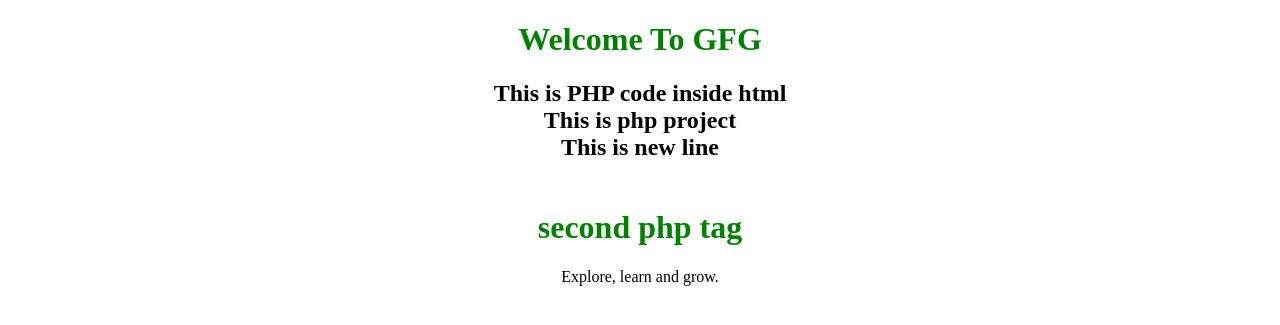
Repository: GreeshmaJames/phpprojectgh
Page: http://localhost/example1.php
An editor plug-in stored every save of this project. The page is shown before and after the next save, followed by the edit.
The browser window is 1280 px wide. The pictures show the whole page.
The page is run by PHP 8.4 with error messages shown; the project is at /var/www/html/.

Above is the page before, as saved 2022-12-14 11:11:56.

### example1.php
<!DOCTYPE html>
<html>

<head>
	<style>
		h1 {
			color: green;
		}
	</style>
</head>

<body>
	<center>
		<h1>Welcome To GFG</h1>

		<h2>
			<?php
			echo "This is PHP code inside html<br>";
			echo "This is php project<br>";

            echo "This is new line"
			?>
			<br><br>
			<h1>second php tag</h1>
        <?php
        echo 'Explore, learn and grow.'
        ?>
        </p>
		</h2>
	</center>
</body>

</html>

After the next save:
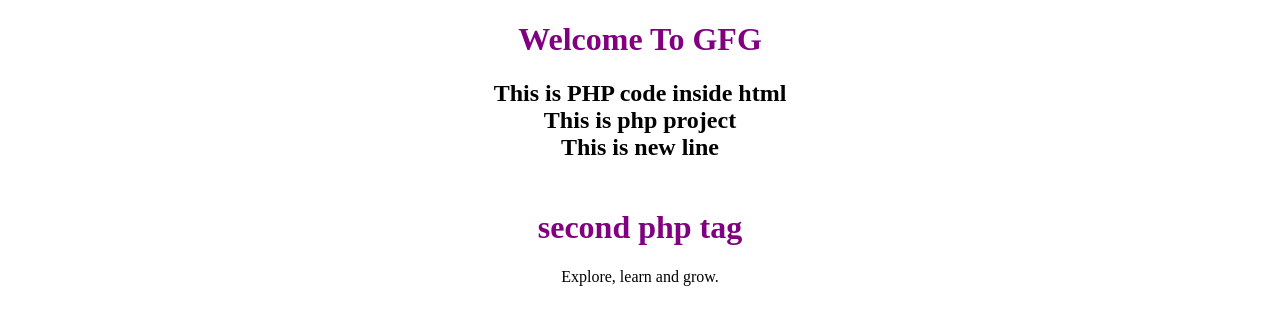
Saved 117 s later.
--- a/example1.php
+++ b/example1.php
@@ -4,7 +4,7 @@
 <head>
 	<style>
 		h1 {
-			color: green;
+			color: purple;
 		}
 	</style>
 </head>
